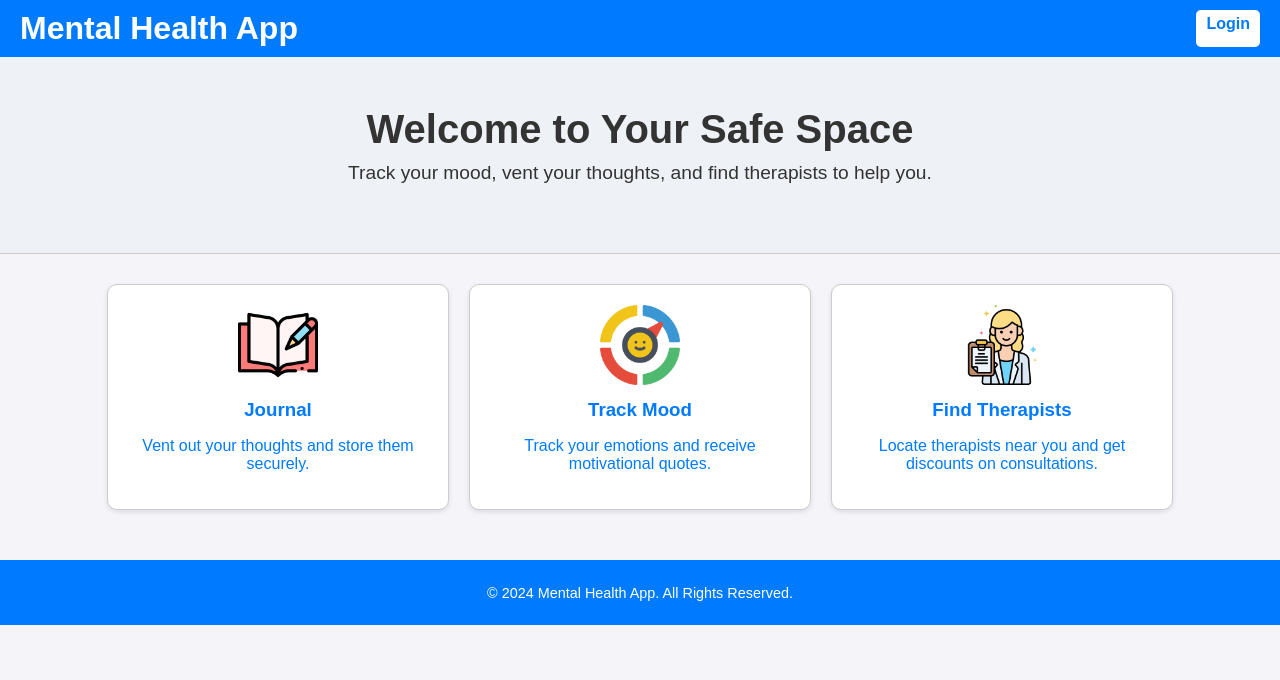
Repository: Gopa-613/mental-health-app
Page: http://localhost/index
An editor plug-in stored every save of this project. The page is shown before and after the next save, followed by the edit.
The browser window is 1280 px wide. The pictures show the whole page.
The page is this project's Thymeleaf template; nobody is signed in. The template is opened directly, without the code that normally fills it, so the values that code supplies are empty.

Above is the page before, as saved 2024-12-03 16:55:04.

After the next save:
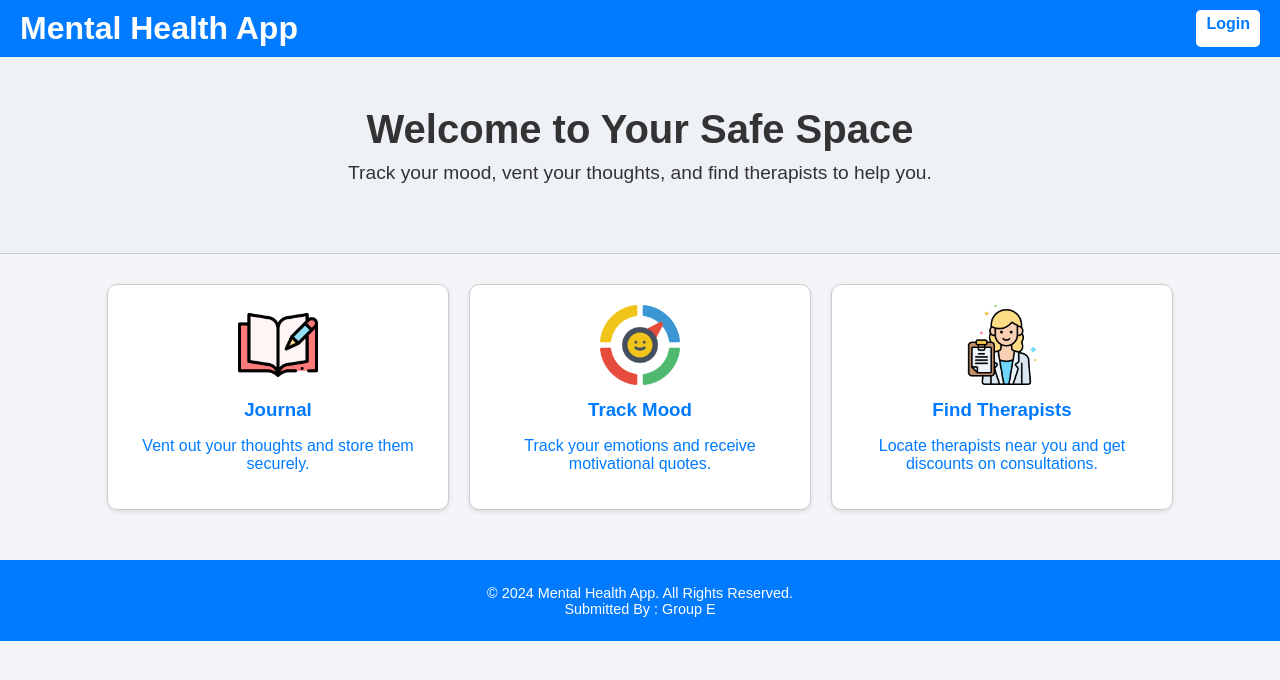
Saved 12 h 20 min later.
--- a/demo/src/main/resources/templates/index.html
+++ b/demo/src/main/resources/templates/index.html
@@ -44,7 +44,10 @@
     </main>
 
     <footer>
-        <p>© 2024 Mental Health App. All Rights Reserved.</p>
+        <p>© 2024 Mental Health App. All Rights Reserved.
+			<br>
+			Submitted By : Group E
+		</p>
     </footer>
 </body>
 </html>
